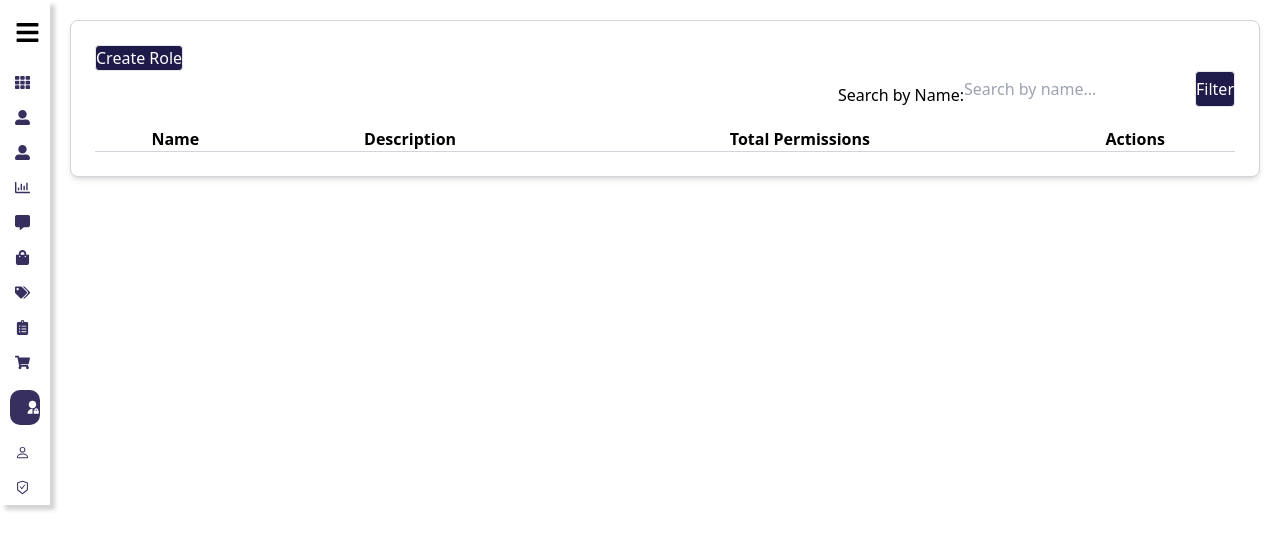
Repository: Andarg01/Admin
Page: /roles
The author's editor kept a copy of each file at every save. The page is drawn from the files as they stood at one save, then again after the next save.
The browser window is 1280 px wide. The pictures show the whole page.
The page's requests for data from a server got no answer. The project was rebuilt for these pictures with package versions that can differ from the ones it lists, and the page was loaded fresh each time. No one was signed in, and anything a server would have sent is missing. Also part of the build but not shown: src/styles/analytics.css, src/pages/Analytics.tsx, src/pages/Dashboard.tsx, src/styles/productList.css, src/components/OrderModal.tsx, src/components/OrderTable.tsx, src/pages/Orders.tsx, src/components/CategoryModal.tsx and 16 more.

Above is the page before, as saved 2024-02-29 21:32:29.

After the next save:
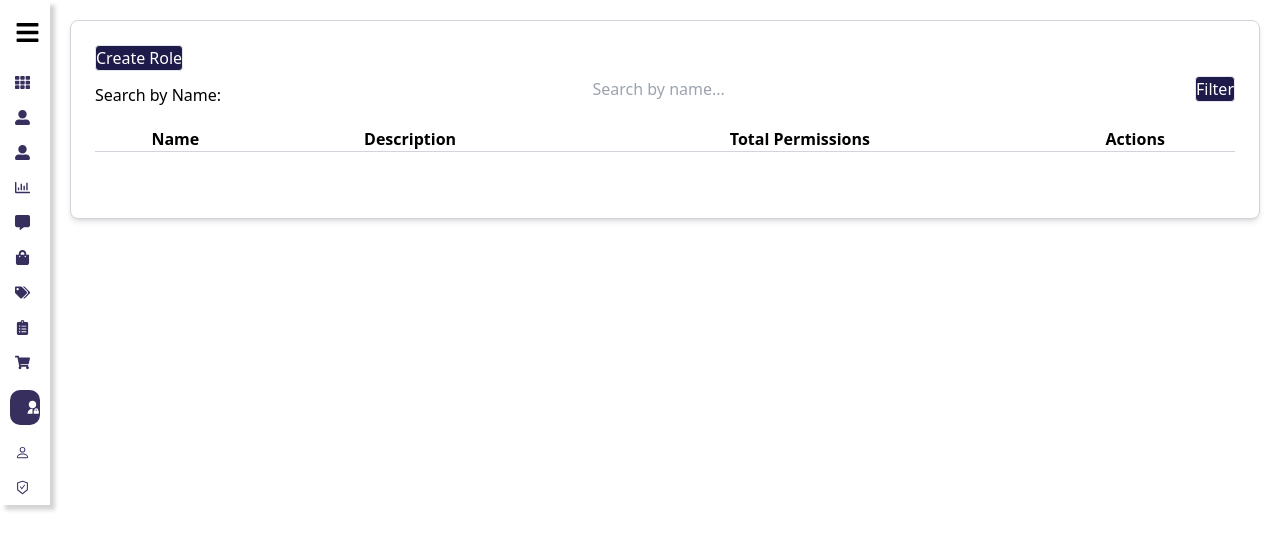
Saved 7 min 44 s later.
--- a/src/components/RoleTable.tsx
+++ b/src/components/RoleTable.tsx
@@ -17,16 +17,28 @@ const RoleTable: React.FC = () => {
   const [selectedRole, setSelectedRole] = useState(null);
   const [filter, setFilter] = useState('');
   const [filteredRoles, setFilteredRoles] = useState([]);
+  const [currentPage, setCurrentPage] = useState(1);
+  const [rolesPerPage] = useState(5); // Number of roles per page
 
   useEffect(() => {
     dispatch(fetchRoles());
   }, [dispatch]);
 
   useEffect(() => {
-    setFilteredRoles(roles.filter(role =>
-      role.name.toLowerCase().includes(filter.toLowerCase())
-    ));
+    setFilteredRoles(
+      roles.filter((role) =>
+        role.name.toLowerCase().includes(filter.toLowerCase())
+      )
+    );
   }, [roles, filter]);
+
+  // Logic for displaying current roles
+  const indexOfLastRole = currentPage * rolesPerPage;
+  const indexOfFirstRole = indexOfLastRole - rolesPerPage;
+  const currentRoles = filteredRoles.slice(indexOfFirstRole, indexOfLastRole);
+
+  // Change page
+  const paginate = (pageNumber: number) => setCurrentPage(pageNumber);
 
   const handleCreate = () => {
     setSelectedRole(null);
@@ -45,23 +57,36 @@ const RoleTable: React.FC = () => {
   };
 
   const handleFilter = () => {
-    setFilteredRoles(roles.filter(role =>
-      role.name.toLowerCase().includes(filter.toLowerCase())
-    ));
+    setCurrentPage(1); // Reset pagination to first page when filtering
+    setFilteredRoles(
+      roles.filter((role) =>
+        role.name.toLowerCase().includes(filter.toLowerCase())
+      )
+    );
   };
 
   return (
     <div className="overflow-x-auto bg-white border border-gray-300 p-6 rounded-lg shadow-md transition duration-500 ease-in-out">
-      <button onClick={handleCreate} className='bg-indigo-950 border rounded hover:m-2 text-white'>Create Role</button>
-     <div className=" mb-5 flex justify-end">
-     <p className="mt-3"> Search by Name:</p>
-      <input
-        type="text"
-        placeholder="Search by name..."
-        value={filter}
-        onChange={(e) => setFilter(e.target.value)}
-      />
-      <button onClick={handleFilter} className="bg-indigo-950 border rounded hover:m-2 text-white">Filter</button>
+      <button
+        onClick={handleCreate}
+        className="bg-indigo-950 border rounded hover:m-2 text-white"
+      >
+        Create Role
+      </button>
+      <div className="mb-5 flex justify-between items-center">
+        <p className="mt-3">Search by Name:</p>
+        <input
+          type="text"
+          placeholder="Search by name..."
+          value={filter}
+          onChange={(e) => setFilter(e.target.value)}
+        />
+        <button
+          onClick={handleFilter}
+          className="bg-indigo-950 border rounded hover:m-2 text-white"
+        >
+          Filter
+        </button>
       </div>
       <table className="min-w-full border-b border-gray-300">
         <thead>
@@ -73,23 +98,47 @@ const RoleTable: React.FC = () => {
           </tr>
         </thead>
         <tbody>
-          {filteredRoles.map((role) => (
+          {currentRoles.map((role) => (
             <tr key={role.id}>
               <td className="py-2 px-4 border-r">{role.name}</td>
               <td className="py-2 px-4 border-r">{role.description}</td>
               <td className="py-2 px-4 border-r">{role.permissions.length}</td>
               <td className="py-2 px-4">
-                <button onClick={() => handleEdit(role)}
-                className="edit hover:underline mr-2 hover:text-gray-700"
-                >Edit</button>
-                <button onClick={() => handleDelete(role.id)}
-                className="delete hover:underline hover:text-red-700"
-                >Delete</button>
+                <button
+                  onClick={() => handleEdit(role)}
+                  className="edit hover:underline mr-2 hover:text-gray-700"
+                >
+                  Edit
+                </button>
+                <button
+                  onClick={() => handleDelete(role.id)}
+                  className="delete hover:underline hover:text-red-700"
+                >
+                  Delete
+                </button>
               </td>
             </tr>
           ))}
         </tbody>
       </table>
+      <div className="flex justify-between mt-4">
+        <button
+          onClick={() => paginate(currentPage - 1)}
+          className={`${
+            currentPage === 1 ? 'invisible' : 'visible'
+          } bg-indigo-950 border rounded hover:m-2 text-white`}
+        >
+          Previous
+        </button>
+        <button
+          onClick={() => paginate(currentPage + 1)}
+          className={`${
+            indexOfLastRole >= filteredRoles.length ? 'invisible' : 'visible'
+          } bg-indigo-950 border rounded hover:m-2 text-white`}
+        >
+          Next
+        </button>
+      </div>
       {showModal && <RoleModal onClose={() => setShowModal(false)} role={selectedRole} />}
     </div>
   );
